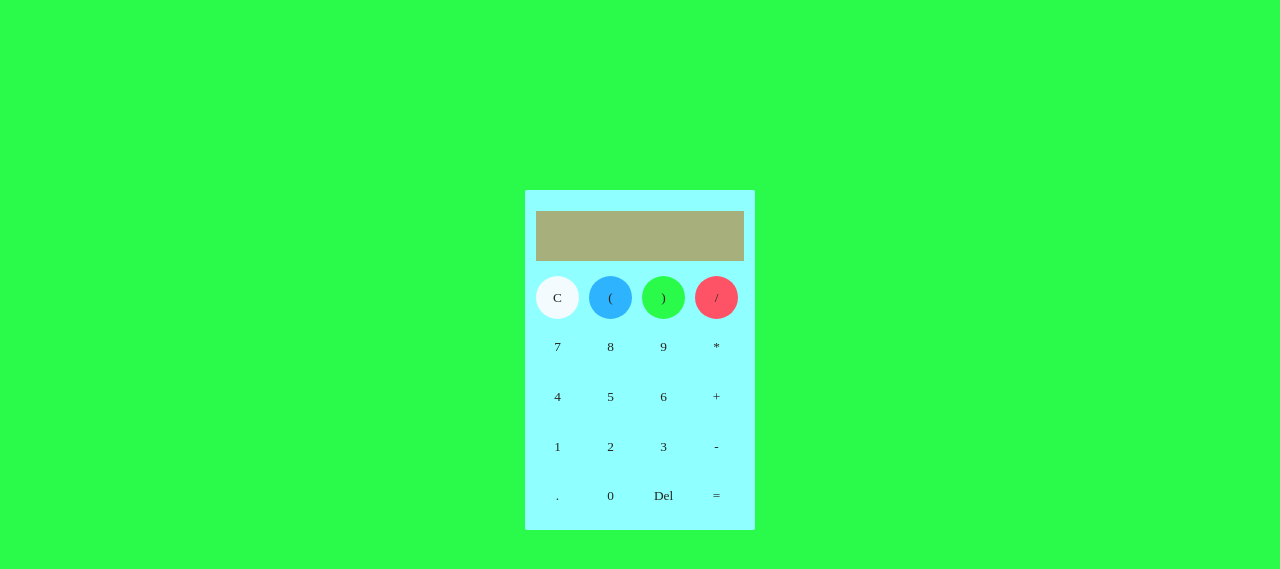
Repository: ServerK001/CalcJsVanilha
Page: index.html
An editor plug-in stored every save of this project. The page is shown before and after a run of saves, followed by the edit.
The browser window is 1280 px wide. The pictures show the whole page.

Above is the page before, as saved 2022-02-15 18:09:21.

### index.html
<!DOCTYPE html>
<html lang="pt-br">
<head>
    <meta charset="UTF-8">
    <meta http-equiv="X-UA-Compatible" content="IE=edge">
    <meta name="viewport" content="width=device-width, initial-scale=1.0">
    <script src="index.js" ></script>
    <link rel="stylesheet" href="style.css">


    <title>Calculadora</title>
</head>
<body>

        <section class="conteiner">


            <table class="calculadora">
                <tr>
                    <td colspan="4"><input type="text" class="display"></td>
                </tr>

                <tr>
                    <td><button class="btn btn_1 btn-clear">C</button></td>
                    <td><button class="btn btn_2 btn-num">(</button></td>
                    <td><button class="btn btn_3 btn-num">)</button></td>
                    <td><button class="btn btn_4 btn-num">/</button></td>
                </tr>

                <tr>
                    <td><button class="btn btn-num">7</button></td>
                    <td><button class="btn btn-num">8</button></td>
                    <td><button class="btn btn-num">9</button></td>
                    <td><button class="btn btn-num">*</button></td>
                </tr>
                <tr>
                    <td><button class="btn btn-num">4</button></td>
                    <td><button class="btn btn-num">5</button></td>
                    <td><button class="btn btn-num">6</button></td>
                    <td><button class="btn btn-num">+</button></td>
                </tr>
                <tr>
                    <td><button class="btn btn-num">1</button></td>
                    <td><button class="btn btn-num">2</button></td>
                    <td><button class="btn btn-num">3</button></td>
                    <td><button class="btn btn-num">-</button></td>
                </tr>
                <tr>
                    <td><button class="btn btn-num">.</button></td>
                    <td><button class="btn btn-num">0</button></td>
                    <td><button class="btn btn-del">Del</button></td>
                    <td><button class="btn btn-num">=</button></td>
                </tr>

            </table>


        </section>

</body>
</html>

### index.js
console.log('Olá mundo')

### style.css


:root{
    --btn: #25251f;
    --font-display:#435338;
    --displayBG:#a7af7c;
    --bgCalc:#90FFFF;
    --bgConteiner:#5b5b5b;

    /*Bootuns Colors*/

    --btn_1:#F4FBFF;
    --btn_2:#2EB4FF;
    --btn_3:#2AFB4B;
    --btn_4:#FE5367;
    --btn_5:#FDEA44;
    --btn_6:#EA46ED;
    --btnHover: #c5e9fd;




}

.display{
    font-size: 1rem;
    width: 100%;
    height: 50px;
    text-align: right;
    font-family: "Unibody 8";
    color: var(--font-display);
    background-color: var(--displayBG);

        border: none;
}

input[type=text] {
    width: 100%;
    padding: 12px 20px;
    margin: 8px 0;
    box-sizing: border-box;
    transition: 0.3s;

  }
  input[type=text]:focus {
        height: 52px;

  }

.btn{
    font-family: "Unibody 8";
    color:var(--btn);
    background-color: var(--bgBtn);
    padding: 0.5rem ;
    border-radius: 50%;
    align-items: center;
    border: none;
    height: 43px;
    width: 43px;
    text-align: center;
    transition: 0.3s;
}.btn:hover{
    background-color: var(--btnHover) ;
}


.calculadora{
    background-color: var(--bgCalc);
    padding: 0.5rem;
    height: 340px;
    width: 230px;
    border-radius: 2px;

}


.body{
    background-color: var(--bgConteiner);
    padding: 1rem;
}

.btn_1{background-color:var(--btn_1)}
.btn_2{background-color:var(--btn_2)}
.btn_3{background-color:var(--btn_3)}
.btn_4{background-color:var(--btn_4)}
.btn_5{background-color:var(--btn_5)}
.btn_6{background-color:var(--btn_6)}

.conteiner{
    display: flex;
    align-items: center;
    justify-content: center;
    height: 100vh;
    background-color: #2AFB4B;
}




html, body{
    box-sizing:none;
    margin: 0 auto;
    border: none;
    padding: 0;
    line-height: 1;


}

After the next 2 saves:
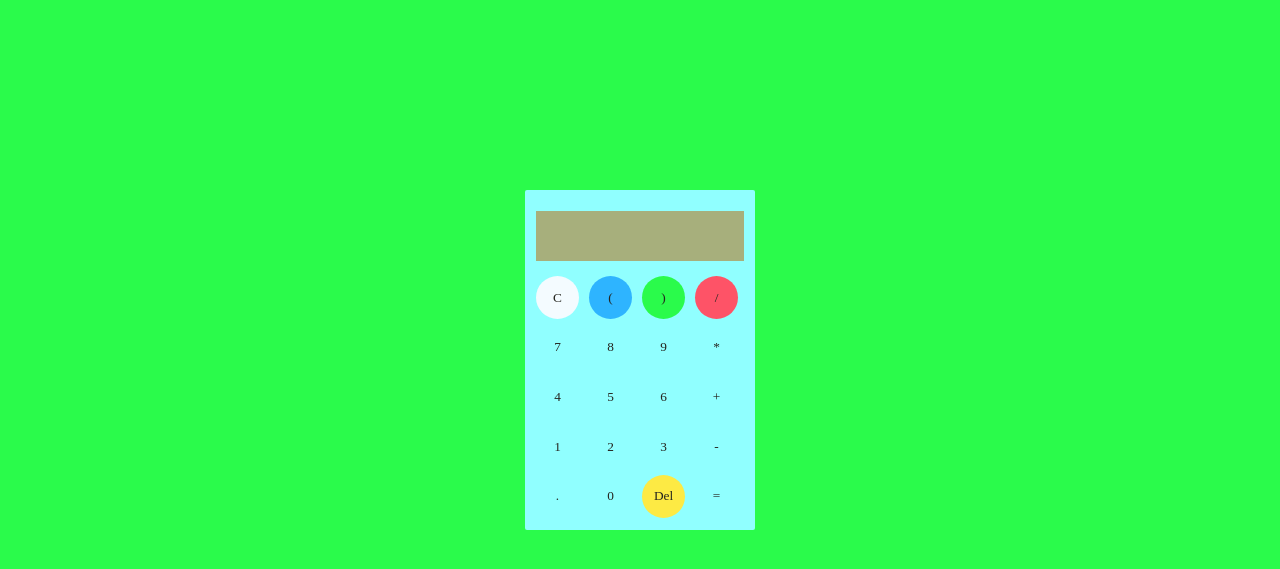
The 2 saves are shown as one change because they came seconds apart.
The last was saved 12 s later.
--- a/index.html
+++ b/index.html
@@ -48,7 +48,7 @@
                 <tr>
                     <td><button class="btn btn-num">.</button></td>
                     <td><button class="btn btn-num">0</button></td>
-                    <td><button class="btn btn-del">Del</button></td>
+                    <td><button class="btn btn_5 btn-del">Del</button></td>
                     <td><button class="btn btn-num">=</button></td>
                 </tr>
 
